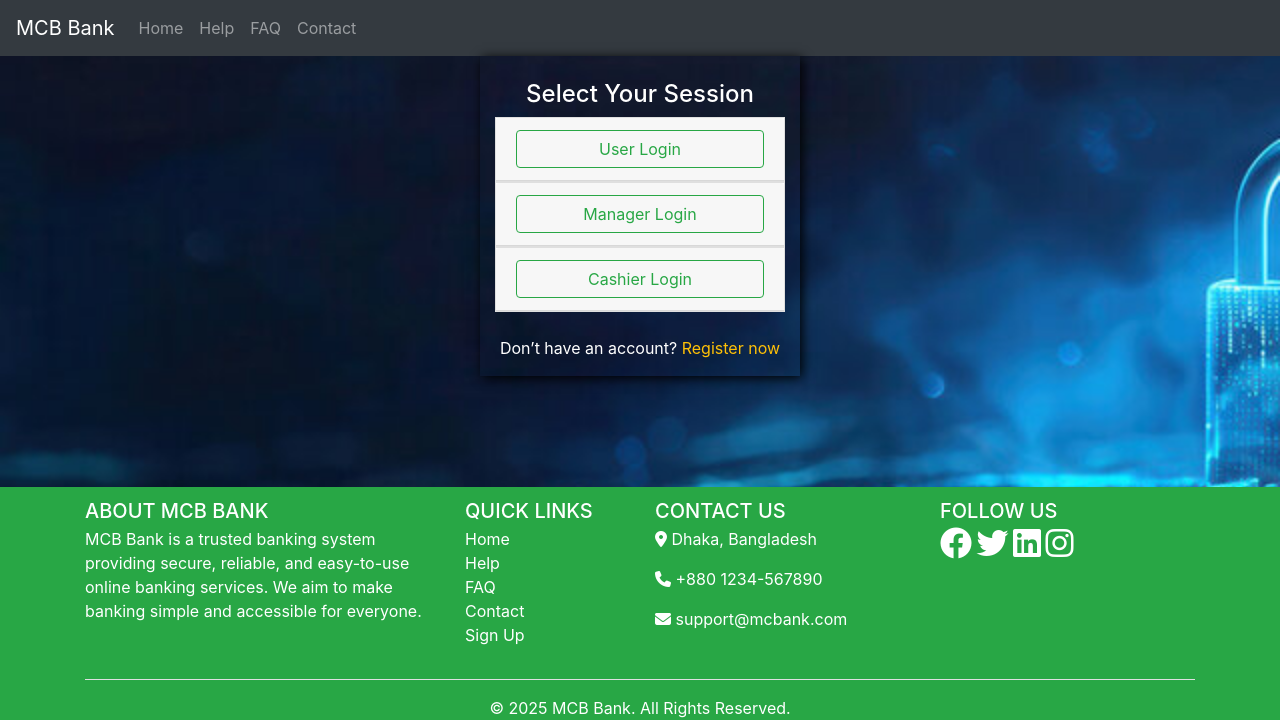
Repository: mhbshimla/my-bank
Page: http://localhost/login.php
An editor plug-in stored every save of this project. The page is shown before and after the next save, followed by the edit.
The browser window is 1280 px wide. The pictures show the whole page.
The page is run by PHP 8.4 with error messages shown; the project is at /var/www/html/.

Above is the page before, as saved 2025-10-06 23:29:53.

### login.php
<!DOCTYPE html>
<html>
<head>
	<title>Banking</title>
	<?php require 'assets/autoloader.php'; ?>
	<?php require 'assets/function.php'; ?>
	<?php
    $con = new mysqli('localhost','root','','mybank');
    define('bankName', 'MCB Bank');

		$error = "";
		if (isset($_POST['userLogin']))
		{
  			$user = $_POST['email'];
		    $pass = $_POST['password'];
		    $result = $con->query("select * from userAccounts where email='$user' AND password='$pass'");
		    if($result->num_rows>0)
		    {
		      session_start();
		      $data = $result->fetch_assoc();
		      $_SESSION['userId']=$data['id'];
		      $_SESSION['user'] = $data;
		      header('location:index.php');
		     }
		    else
		    {
		      $error = "<div class='alert alert-warning text-center rounded-0'>Username or password wrong try again!</div>";
		    }
		}

		if (isset($_POST['cashierLogin']))
		{
  			$user = $_POST['email'];
		    $pass = $_POST['password'];
		    $result = $con->query("select * from login where email='$user' AND password='$pass'");
		    if($result->num_rows>0)
		    {
		      session_start();
		      $data = $result->fetch_assoc();
		      $_SESSION['cashId']=$data['id'];
		      header('location:cindex.php');
		     }
		    else
		    {
		      $error = "<div class='alert alert-warning text-center rounded-0'>Username or password wrong try again!</div>";
		    }
		}

		if (isset($_POST['managerLogin']))
		{
  			$user = $_POST['email'];
		    $pass = $_POST['password'];
		    $result = $con->query("select * from login where email='$user' AND password='$pass' AND type='manager'");
		    if($result->num_rows>0)
		    {
		      session_start();
		      $data = $result->fetch_assoc();
		      $_SESSION['managerId']=$data['id'];
		      header('location:mindex.php');
		     }
		    else
		    {
		      $error = "<div class='alert alert-warning text-center rounded-0'>Username or password wrong try again!</div>";
		    }
		}
	 ?>
</head>

<!-- <body style="background: url(images/bg-login2.jpg); background-size: cover; min-height:100vh; display:flex; flex-direction:column;"> -->
<body style="background: url(images/bg-login4.jpg); background-size: cover; min-height:100vh; display:flex; flex-direction:column;">

<nav class="navbar navbar-expand-lg navbar-dark bg-dark">
  <a class="navbar-brand" href="index.php">MCB Bank</a>
  <button class="navbar-toggler" type="button" data-toggle="collapse" data-target="#navbarNav" aria-controls="navbarNav" aria-expanded="false" aria-label="Toggle navigation">
    <span class="navbar-toggler-icon"></span>
  </button>

  <div class="collapse navbar-collapse" id="navbarNav">
    <ul class="navbar-nav mr-auto">
      <li class="nav-item"><a class="nav-link" href="home.php">Home</a></li>
      <!-- <li class="nav-item"><a class="nav-link" href="aboutourbank.php">About Our Bank</a></li> -->
      <li class="nav-item"><a class="nav-link" href="help.php">Help</a></li>
      <li class="nav-item"><a class="nav-link" href="faq.php">FAQ</a></li>
      <li class="nav-item"><a class="nav-link" href="contact.php">Contact</a></li>
    </ul>
    <ul class="navbar-nav">
      <!-- <li class="nav-item"><a class="btn btn-outline-light mr-2" href="login.php">Login</a></li> -->
      <!-- <li class="nav-item"><a class="btn btn-success" href="signup.php">Register Now</a></li> -->
    </ul>
  </div>
</nav>


<?php echo $error ?>

<!-- <main class="flex-fill d-flex justify-content-end align-items-center"> -->
  <main class="flex-fill d-flex justify-content-center align-items-center">
  <!-- <div id="accordion" role="tablist" class="w-25 shadowBlack me-5"> -->
	<!-- <div id="accordion" role="tablist" class="w-25 float-right shadowBlack" style="margin-right: 222px"> -->
	<div id="accordion" role="tablist" class="col-12 col-sm-8 col-md-6 col-lg-4 col-xl-3 shadowBlack me-lg-5">
  	<br><h4 class="text-center text-white">Select Your Session</h4>
    <div class="card rounded-0">
      <div class="card-header" role="tab" id="headingOne">
        <h5 class="mb-0">
          <a style="text-decoration: none;" data-toggle="collapse" href="#collapseOne" aria-expanded="true" aria-controls="collapseOne">
           <button class="btn btn-outline-success btn-block">User Login</button>
          </a>
        </h5>
      </div>
      <div id="collapseOne" class="collapse" role="tabpanel" aria-labelledby="headingOne" data-parent="#accordion">
        <div class="card-body">
         <form method="POST">
         	<input type="email" value="some2@gmail.com" name="email" class="form-control" required placeholder="Enter Email">
         	<input type="password" name="password" value="some2" class="form-control" required placeholder="Enter Password">
         	<button type="submit" class="btn btn-primary btn-block btn-sm my-1" name="userLogin">Enter </button>
         </form>
        </div>
      </div>
    </div>

    <div class="card rounded-0">
      <div class="card-header" role="tab" id="headingTwo">
        <h5 class="mb-0">
          <a class="collapsed btn btn-outline-success btn-block" data-toggle="collapse" href="#collapseTwo" aria-expanded="false" aria-controls="collapseTwo">
            Manager Login
          </a>
        </h5>
      </div>
      <div id="collapseTwo" class="collapse" role="tabpanel" aria-labelledby="headingTwo" data-parent="#accordion">
        <div class="card-body">
           <form method="POST">
         	<input type="email" value="manager@manager.com" name="email" class="form-control" required placeholder="Enter Email">
         	<input type="password" name="password" value="manager" class="form-control" required placeholder="Enter Password">
         	<button type="submit" class="btn btn-primary btn-block btn-sm my-1" name="managerLogin">Enter </button>
         </form>
        </div>
      </div>
    </div>

    <div class="card rounded-0">
      <div class="card-header" role="tab" id="headingThree">
        <h5 class="mb-0">
          <a class="collapsed btn btn-outline-success btn-block" data-toggle="collapse" href="#collapseThree" aria-expanded="false" aria-controls="collapseThree">
           Cashier Login
          </a>
        </h5>
      </div>
      <div id="collapseThree" class="collapse" role="tabpanel" aria-labelledby="headingThree" data-parent="#accordion">
        <div class="card-body">
          <form method="POST">
         	<input type="email" value="cashier@cashier.com" name="email" class="form-control" required placeholder="Enter Email">
         	<input type="password" name="password" value="cashier" class="form-control" required placeholder="Enter Password">
         	<button type="submit"  class="btn btn-primary btn-block btn-sm my-1" name="cashierLogin">Enter </button>
         </form>
        </div>
      </div>
    </div>
    <!-- Register Prompt -->
    <div class="text-center mt-4 mb-3">
       <p class="text-white">Don’t have an account? <a href="signup.php" class="text-warning font-weight-normal">Register now</a></p>
        <!-- <a href="signup.php" style="color: skyblue; font-weight: normal;">Register now</a> -->
       <!-- <p class="mt-3 text-white">Don’t have an account? <a href="signup.php">Register now</a></p> -->
    </div>
  </div>
</main>

<!-- <footer class="bg-success text-white pt-5 pb-3 mt-auto"> -->
  <footer class="bg-success text-white pt-1 mt-auto" style="background-color: #146c43;">
  <div class="container">
    <div class="row">

      <!-- About Section -->
      <div class="col-md-4 text-sm">
        <h5 class="text-uppercase mb-1 mt-2">About <?php echo bankName; ?></h5>
        <p class="text-sm">
          <?php echo bankName; ?> is a trusted banking system providing secure,
          reliable, and easy-to-use online banking services. We aim to make
          banking simple and accessible for everyone.
        </p>
      </div>

      <!-- Quick Links -->
      <div class="col-md-2 text-sm">
        <h5 class="text-uppercase mb-1 mt-2">Quick Links</h5>
        <ul class="list-unstyled">
          <li><a href="home.php" class="text-white text-decoration-none">Home</a></li>
          <li><a href="help.php" class="text-white text-decoration-none">Help</a></li>
          <li><a href="faq.php" class="text-white text-decoration-none">FAQ</a></li>
          <li><a href="contact.php" class="text-white text-decoration-none">Contact</a></li>
          <li><a href="signup.php" class="text-white text-decoration-none">Sign Up</a></li>
        </ul>
      </div>

      <!-- Contact Info -->
      <div class="col-md-3 text-sm">
        <h5 class="text-uppercase mb-1 mt-2">Contact Us</h5>
        <p><i class="fas fa-map-marker-alt"></i> Dhaka, Bangladesh</p>
        <p><i class="fas fa-phone"></i> +880 1234-567890</p>
        <p><i class="fas fa-envelope"></i> support@mcbank.com</p>
      </div>

      <!-- Social Media -->
      <div class="col-md-3 text-sm">
        <h5 class="text-uppercase mb-1 mt-2">Follow Us</h5>
        <a href="#" class="text-white me-3"><i class="fab fa-facebook fa-2x"></i></a>
        <a href="#" class="text-white me-3"><i class="fab fa-twitter fa-2x"></i></a>
        <a href="#" class="text-white me-3"><i class="fab fa-linkedin fa-2x"></i></a>
        <a href="#" class="text-white"><i class="fab fa-instagram fa-2x"></i></a>
      </div>

    </div>
    <hr class="bg-light">
    <div class="text-center">
      &copy; <?php echo date("Y"); ?> <?php echo bankName; ?>. All Rights Reserved.
    </div>
  </div>
</footer>

<!-- Font Awesome for icons -->
<!-- <script src="https://kit.fontawesome.com/a076d05399.js" crossorigin="anonymous"></script> -->
<link rel="stylesheet" href="https://cdnjs.cloudflare.com/ajax/libs/font-awesome/6.4.0/css/all.min.css">

</body>
</html>

### assets/autoloader.php

<link rel="stylesheet" type="text/css" href="css/bootstrap.min.css">
<link rel="stylesheet" type="text/css" href="css/custom.css">
<link rel="stylesheet" type="text/css" href="font-awesome/css/font-awesome.min.css">
<script src='js/jquery-3.2.1.min.js'></script>
<script src='js/popper.min.js'></script>
<script src='js/bootstrap.min.js'></script>

### assets/function.php
<?php
function setBalance($amount,$process,$accountNo)
{
	$con = new mysqli('localhost','root','','mybank');
	$array = $con->query("select * from userAccounts where accountNo='$accountNo'");
	$row = $array->fetch_assoc();
	if ($process == 'credit')
	{
		$balance = $row['balance'] + $amount;
		return $con->query("update userAccounts set balance = '$balance' where accountNo = '$accountNo'");
	}else
	{
		$balance = $row['balance'] - $amount;
		return $con->query("update userAccounts set balance = '$balance' where accountNo = '$accountNo'");
	}
}
function setOtherBalance($amount,$process,$accountNo)
{
	$con = new mysqli('localhost','root','','mybank');
	$array = $con->query("select * from otheraccounts where accountNo='$accountNo'");
	$row = $array->fetch_assoc();
	if ($process == 'credit')
	{
		$balance = $row['balance'] + $amount;
		return $con->query("update otheraccounts set balance = '$balance' where accountNo = '$accountNo'");
	}else
	{
		$balance = $row['balance'] - $amount;
		return $con->query("update otheraccounts set balance = '$balance' where accountNo = '$accountNo'");
	}
}
function makeTransaction($action,$amount,$other)
{
	$con = new mysqli('localhost','root','','mybank');
	if ($action == 'transfer')
	{
		return $con->query("insert into transaction (action,debit,other,userId) values ('transfer','$amount','$other','$_SESSION[userId]')");
	}
	if ($action == 'withdraw')
	{
		return $con->query("insert into transaction (action,debit,other,userId) values ('withdraw','$amount','$other','$_SESSION[userId]')");

	}
	if ($action == 'deposit')
	{
		return $con->query("insert into transaction (action,credit,other,userId) values ('deposit','$amount','$other','$_SESSION[userId]')");

	}
}
function makeTransactionCashier($action,$amount,$other,$userId)
{
	$con = new mysqli('localhost','root','','mybank');
	if ($action == 'transfer')
	{
		return $con->query("insert into transaction (action,debit,other,userId) values ('transfer','$amount','$other','$userId')");
	}
	if ($action == 'withdraw')
	{
		return $con->query("insert into transaction (action,debit,other,userId) values ('withdraw','$amount','$other','$userId')");

	}
	if ($action == 'deposit')
	{
		return $con->query("insert into transaction (action,credit,other,userId) values ('deposit','$amount','$other','$userId')");

	}
}
 ?>

### css/custom.css
.omit1{background: rgba(0,0,0,0.1);}
.omit2{background: rgba(0,0,0,0.2);}
.omit3{background: rgba(0,0,0,0.3);}
.omit4{background: rgba(0,0,0,0.4);}
.omit5{background: rgba(0,0,0,0.5);}
.omit6{background: rgba(0,0,0,0.6);}
.omit7{background: rgba(0,0,0,0.7);}
.omit8{background: rgba(0,0,0,0.8);}
.omit9{background: rgba(0,0,0,0.9);}

.shadowBlack{box-shadow: 2px 2px 11px black}
.shadowGreen{box-shadow: 2px 2px 11px green}
.shadowBlue{box-shadow: 2px 2px 11px blue}
.shadowWhite{box-shadow: 2px 2px 11px white}

Loaded but not shown: css/bootstrap.min.css (library); font-awesome/css/font-awesome.min.css (library); js/jquery-3.2.1.min.js (library); js/popper.min.js (library); js/bootstrap.min.js (library)

After the next save:
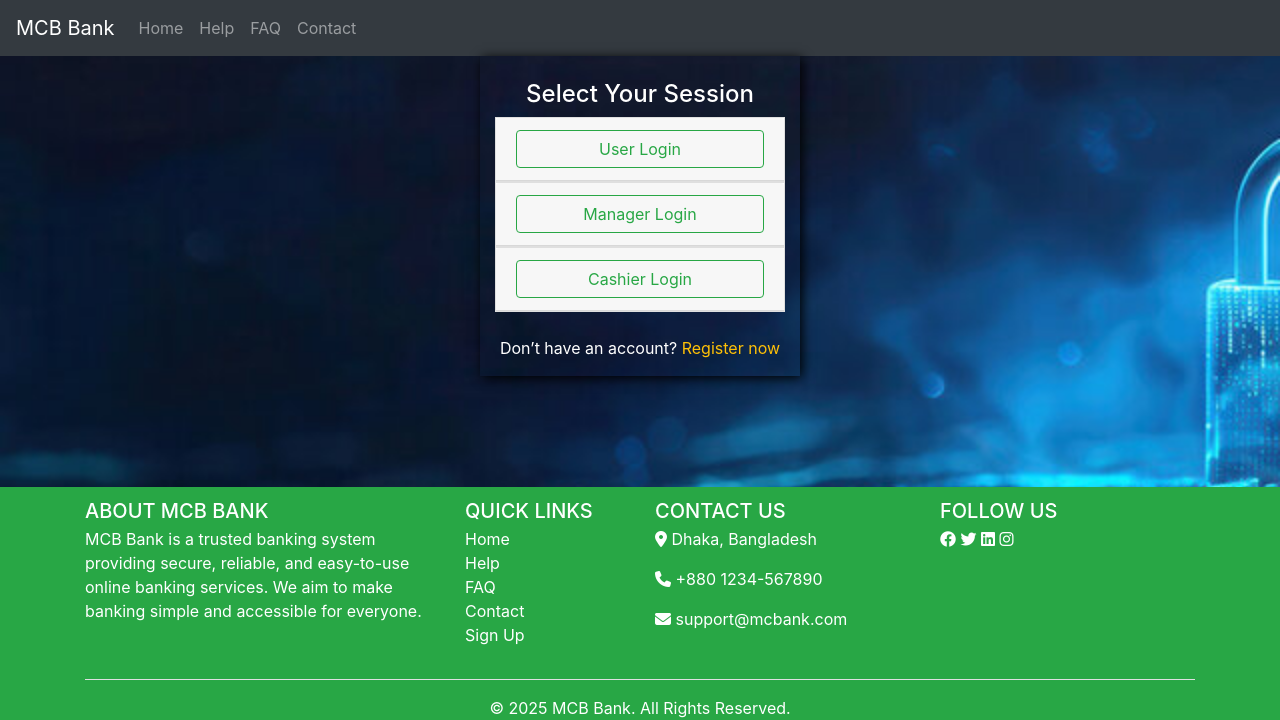
Saved 6 min 52 s later.
--- a/login.php
+++ b/login.php
@@ -202,10 +202,10 @@
       <!-- Social Media -->
       <div class="col-md-3 text-sm">
         <h5 class="text-uppercase mb-1 mt-2">Follow Us</h5>
-        <a href="#" class="text-white me-3"><i class="fab fa-facebook fa-2x"></i></a>
-        <a href="#" class="text-white me-3"><i class="fab fa-twitter fa-2x"></i></a>
-        <a href="#" class="text-white me-3"><i class="fab fa-linkedin fa-2x"></i></a>
-        <a href="#" class="text-white"><i class="fab fa-instagram fa-2x"></i></a>
+        <a href="#" class="text-white me-3"><i class="fab fa-facebook fa-1x"></i></a>
+        <a href="#" class="text-white me-3"><i class="fab fa-twitter fa-1x"></i></a>
+        <a href="#" class="text-white me-3"><i class="fab fa-linkedin fa-1x"></i></a>
+        <a href="#" class="text-white"><i class="fab fa-instagram fa-1x"></i></a>
       </div>
 
     </div>
